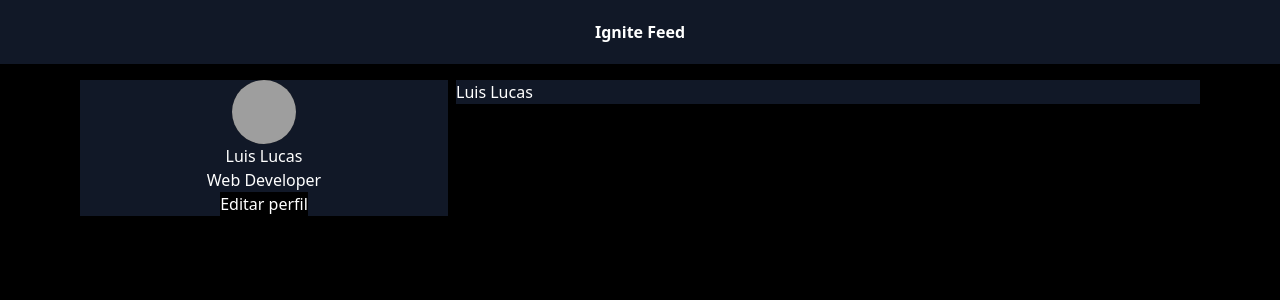
Repository: LuisSempre/ignite-feed
Page: /
The author's editor kept a copy of each file at every save. The page is drawn from the files as they stood at one save, then again after the next save.
The browser window is 1280 px wide. The pictures show the whole page.
Pictures or frames that could not be fetched are drawn as grey boxes. The project was rebuilt for these pictures with package versions that can differ from the ones it lists, and the page was loaded fresh each time. Also part of the build but not shown: vite.config.js.

Above is the page before, as saved 2022-07-13 21:34:44.

After the next save:
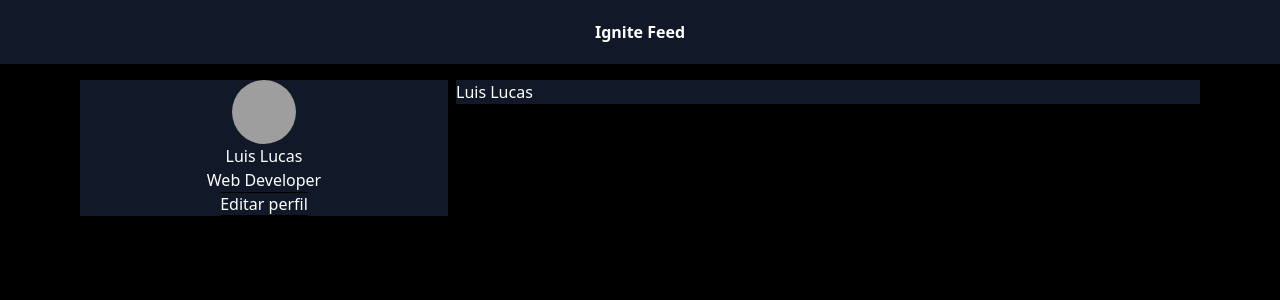
Saved 8 s later.
--- a/src/index.css
+++ b/src/index.css
@@ -6,6 +6,6 @@
     @apply bg-black text-white;
 }
 
-h1, span {
+h1, span, a {
     @apply bg-gray-900
 }
